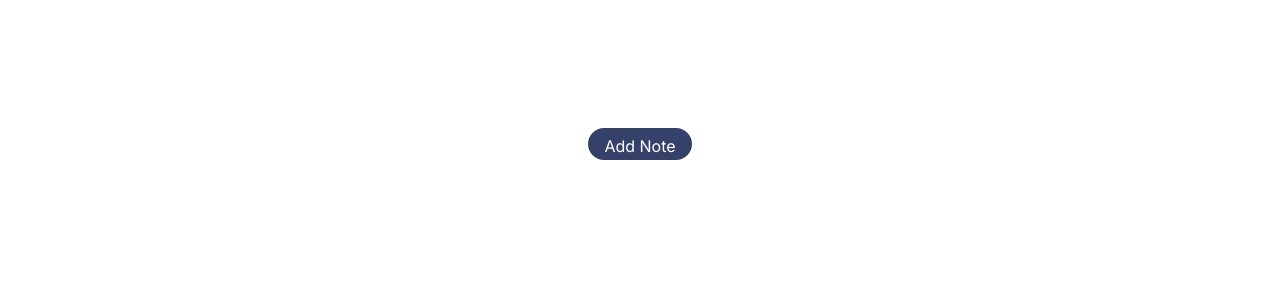
Repository: drumsmanku/next-and-nest-note-taker
Page: / (app in client/)
The author's editor kept a copy of each file at every save. The page is drawn from the files as they stood at one save, then again after the next save.
The browser window is 1280 px wide. The pictures show the whole page.
The page's requests for data from a server got no answer. The project was rebuilt for these pictures with package versions that can differ from the ones it lists, and the page was loaded fresh each time. The framework's server and built-in components were replaced by stand-ins that run in the browser. No one was signed in, and anything a server would have sent is missing. Also part of the build but not shown: client/next.config.mjs.

Above is the page before, as saved 2024-03-14 12:51:22.

### client/app/page.tsx
import Image from "next/image";
import NotesComponent from "./components/NotesComponent";
export default function Home() {
  return (
    <main className="flex min-h-screen flex-col items-center justify-between p-24">
      <NotesComponent/>
    </main>
  );
}

### client/app/globals.css
@tailwind base;
@tailwind components;
@tailwind utilities;

.flex {
  display: flex;
  height: 100%;
}

.container {
  display: flex; /* Use flexbox to create a flex container */
  align-items: stretch; /* Adjust alignment to stretch both columns */
}

### client/app/components/NotesComponent.tsx
"use client"
import { useState, useEffect } from 'react';
import axios from 'axios'; // Assuming you're using axios for HTTP requests

interface Note {
  _id: string;
  title: string;
  description: string;
}

const NotesComponent: React.FC = () => {
  const [notes, setNotes] = useState<Note[]>([]);
  const [showCreatePopup, setShowCreatePopup] = useState<boolean>(false);
  const [showEditPopup, setShowEditPopup] = useState<boolean>(false);
  const [editNoteId, setEditNoteId] = useState<string | null>(null);
  const [newNoteTitle, setNewNoteTitle] = useState<string>('');
  const [newNoteDescription, setNewNoteDescription] = useState<string>('');
  const [editNoteTitle, setEditNoteTitle] = useState<string>('');
  const [editNoteDescription, setEditNoteDescription] = useState<string>('');

  useEffect(() => {
    fetchNotes();
  }, []);

  const fetchNotes = async () => {
    try {
      const response = await axios.get<Note[]>('http://localhost:4000/notes');
      setNotes(response.data);
      console.log(response.data);
    } catch (error) {
      console.error('Error fetching notes:', error);
    }
  };

  const handleAddNote = async () => {
    try {
      await axios.post('http://localhost:4000/notes', {
        title: newNoteTitle,
        description: newNoteDescription
      });
      fetchNotes();
      setShowCreatePopup(false);
      setNewNoteTitle('');
      setNewNoteDescription('');
    } catch (error) {
      console.error('Error adding note:', error);
    }
  };

  const handleEditNote = async () => {
    try {
      await axios.put(`http://localhost:4000/notes/${editNoteId}`, {
        title: editNoteTitle,
        description: editNoteDescription
      });
      fetchNotes();
      setShowEditPopup(false);
      setEditNoteId(null);
      setEditNoteTitle('');
      setEditNoteDescription('');
    } catch (error) {
      console.error('Error updating note:', error);
    }
  };

  const handleDeleteNote = async (noteId: string) => {
    try {
      await axios.delete(`http://localhost:4000/notes/${noteId}`);
      fetchNotes();
    } catch (error) {
      console.error('Error deleting note:', error);
    }
  };

  return (
    <div className='flex flex-col h-screen w-screen items-center'>
      <button className="px-4 py-1.5 text-white h-8 text-md rounded-full border-none bg-[#36416A] mt-8" onClick={() => setShowCreatePopup(true)}>Add Note</button>
      <div className='flex flex-col w-[50%]'>
        {showCreatePopup && (
          <div className='flex flex-col w-[80%] border-2 rounded-lg  bg-yellow-400 px-20 py-10'>
            <input
              type="text"
              placeholder="Title"
              value={newNoteTitle}
              onChange={(e) => setNewNoteTitle(e.target.value)}
              className='mb-4 border-2 rounded-md pl-3'
            />
            <textarea
              className='mb-4 border-2 rounded-md pl-3'
              placeholder="Description"
              value={newNoteDescription}
              onChange={(e) => setNewNoteDescription(e.target.value)}
            />
            <button className="px-4 py-1.5 text-white h-8 text-md rounded-full border-none bg-[#36416A] mt-8" onClick={handleAddNote}>Save</button>
            <button className="px-4 py-1.5 text-white h-8 text-md rounded-full border-none bg-[#36416A] mt-8" onClick={() => setShowCreatePopup(false)}>Cancel</button>
          </div>
        )}
        {showEditPopup && (
          <div>
            <input
              type="text"
              placeholder="Title"
              value={editNoteTitle}
              onChange={(e) => setEditNoteTitle(e.target.value)}
            />
            <textarea
              placeholder="Description"
              value={editNoteDescription}
              onChange={(e) => setEditNoteDescription(e.target.value)}
            />
            <button onClick={handleEditNote}>Save</button>
            <button onClick={() => setShowEditPopup(false)}>Cancel</button>
          </div>
        )}
        <ul className='flex'>
          {notes.map((note) => (
            <li className='border-2 p-10 rounded-md mr-5 mt-5' key={note._id}>
              <div>
                <strong>{note.title}</strong>
                <p>{note.description}</p>
              </div>
              <button className="px-4 mr-5 py-1.5 text-white h-8 text-md rounded-full border-none bg-[#36416A] mt-8" onClick={() => {

                setEditNoteId(note._id);
                setEditNoteTitle(note.title);
                setEditNoteDescription(note.description);
                setShowEditPopup(true);
              }}>Edit</button>
              <button className="px-4  py-1.5 text-white h-8 text-md rounded-full border-none bg-[#36416A] mt-8" onClick={() => handleDeleteNote(note._id)}>Delete</button>
            </li>
          ))}
        </ul>
      </div>


    </div>
  );
};

export default NotesComponent;

Loaded but not shown: client/app/layout.tsx (common file); client/tailwind.config.ts (common file)

After the next save:
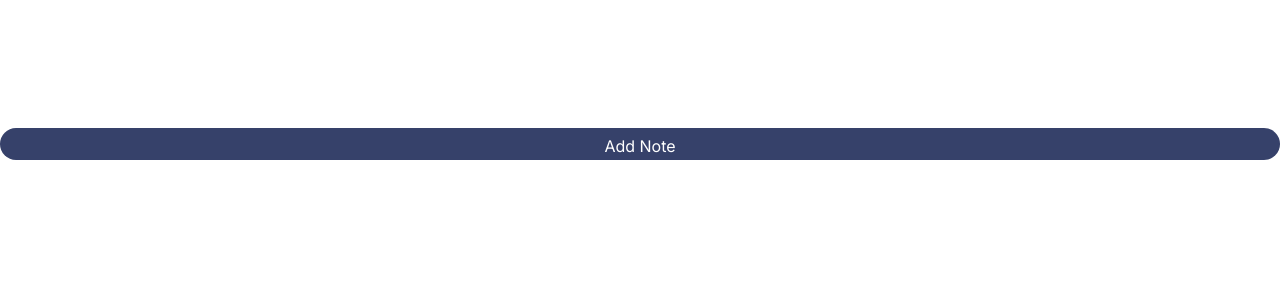
Saved 37 s later.
--- a/client/app/components/NotesComponent.tsx
+++ b/client/app/components/NotesComponent.tsx
@@ -73,7 +73,7 @@
   };
 
   return (
-    <div className='flex flex-col h-screen w-screen items-center'>
+    <div className='flex flex-col h-screen w-screen '>
       <button className="px-4 py-1.5 text-white h-8 text-md rounded-full border-none bg-[#36416A] mt-8" onClick={() => setShowCreatePopup(true)}>Add Note</button>
       <div className='flex flex-col w-[50%]'>
         {showCreatePopup && (

After the save that followed:
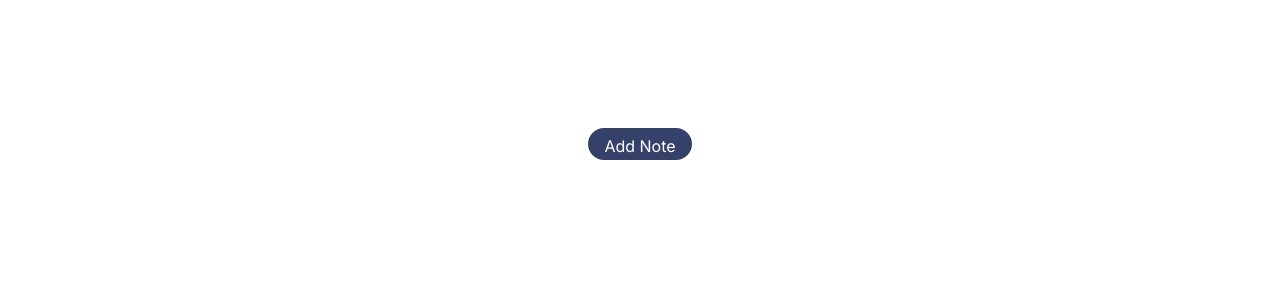
Saved 6 s later.
--- a/client/app/components/NotesComponent.tsx
+++ b/client/app/components/NotesComponent.tsx
@@ -73,7 +73,7 @@
   };
 
   return (
-    <div className='flex flex-col h-screen w-screen '>
+    <div className='flex flex-col h-screen w-screen items-center'>
       <button className="px-4 py-1.5 text-white h-8 text-md rounded-full border-none bg-[#36416A] mt-8" onClick={() => setShowCreatePopup(true)}>Add Note</button>
       <div className='flex flex-col w-[50%]'>
         {showCreatePopup && (
